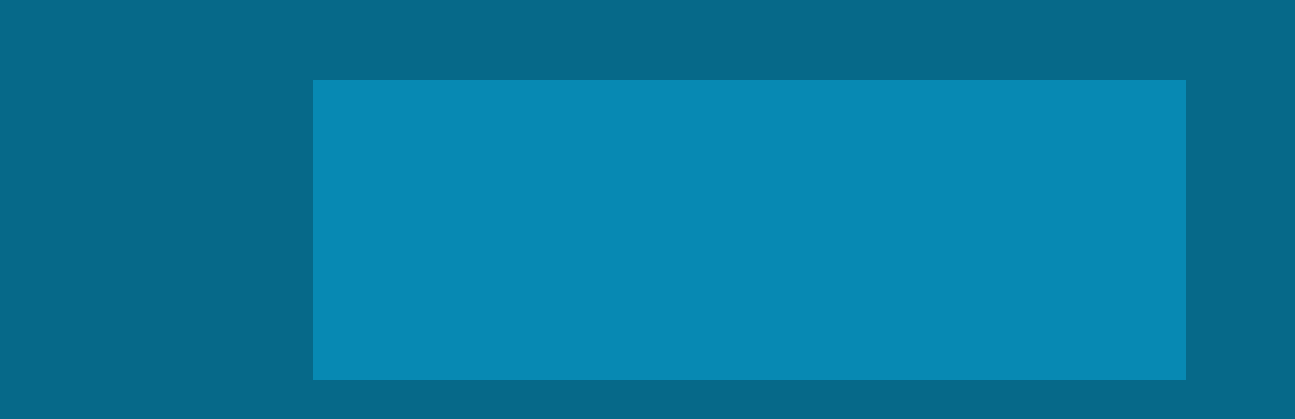
Repository: moiz9265/stopwatch
Page: index.html
The author's editor kept a copy of each file at every save. The page is drawn from the files as they stood at one save, then again after a run of saves.
The browser window is 1280 px wide. The page is 1295 px wide, so the pictures cover 1295 px, including what lies to the right of the window. The pictures show the whole page.

Above is the page before, as saved 2020-07-09 22:50:02.

After the next 2 saves:
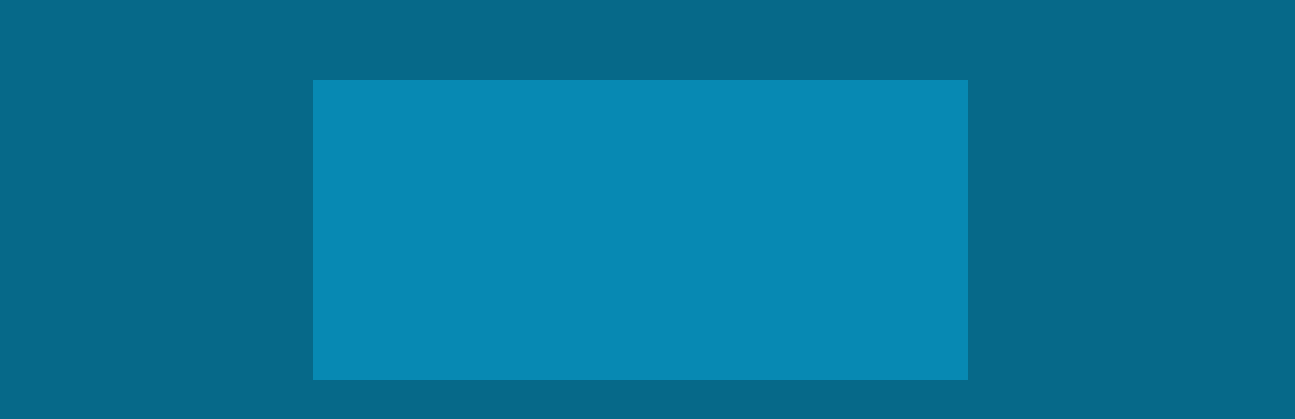
The 2 saves are shown as one change because they came seconds apart.
The last was saved 7 s later.
--- a/index.html
+++ b/index.html
@@ -16,10 +16,10 @@
             <div class="col-md-3">
 
             </div>
-            <div id="maindiv" class="col-sm-12 col-md-8">
+            <div id="maindiv" class="col-sm-12 col-md-6">
 
             </div>
-            <div class="col-md-2">
+            <div class="col-md-3">
 
             </div>
 
